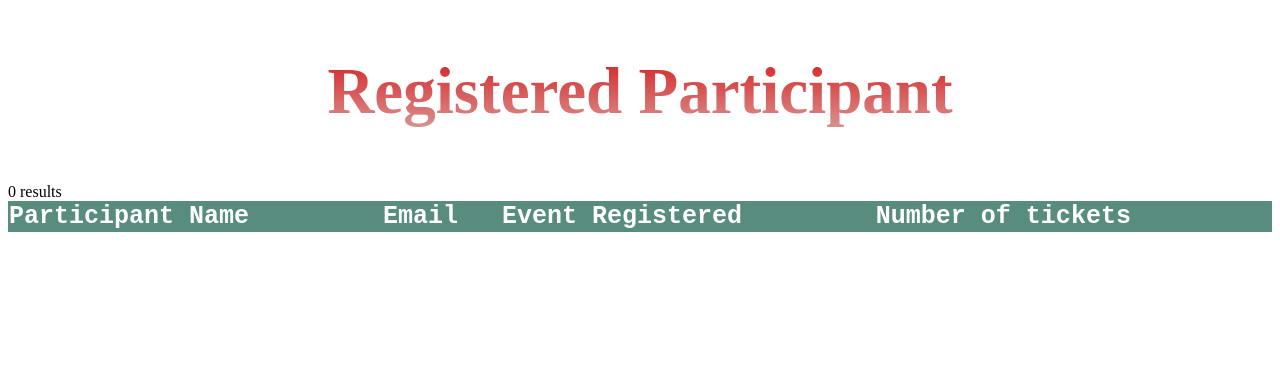
Repository: farhan-helmy/web_prog_project_dulu2
Page: http://localhost/view.php
The author's editor kept a copy of each file at every save. The page is drawn from the files as they stood at one save, then again after the next save.
The browser window is 1280 px wide. The pictures show the whole page.
The page is run by PHP 8.4 with error messages shown; the project is at /var/www/html/. Queries for data that is not in the repository find no rows.

Above is the page before, as saved 2020-05-12 07:23:38.

After the next save:
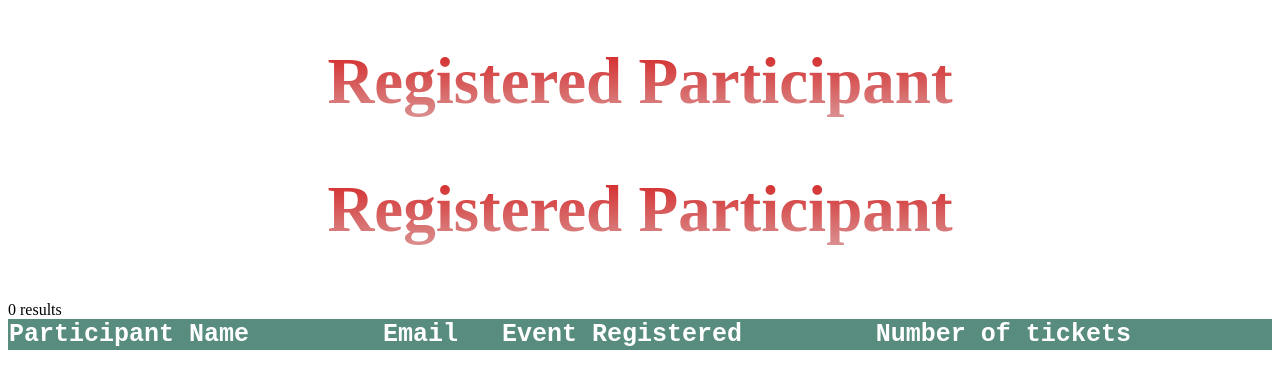
Saved 56 s later.
--- a/view.php
+++ b/view.php
@@ -16,7 +16,7 @@
 color: white;
 }
 tr:nth-child(even) {background-color: #f2f2f2}
-h2 {
+h2,h1 {
 
       font-size: 65px;
       background: -webkit-linear-gradient(rgb(212, 30, 30), rgb(218, 146, 146));
@@ -26,6 +26,7 @@
 </style>
 </head>
 <body>
+<h1 style="text-align: center;">Registered Participant</h1>
 <h2 style="text-align: center;">Registered Participant</h2>
 <table>
 <tr>
